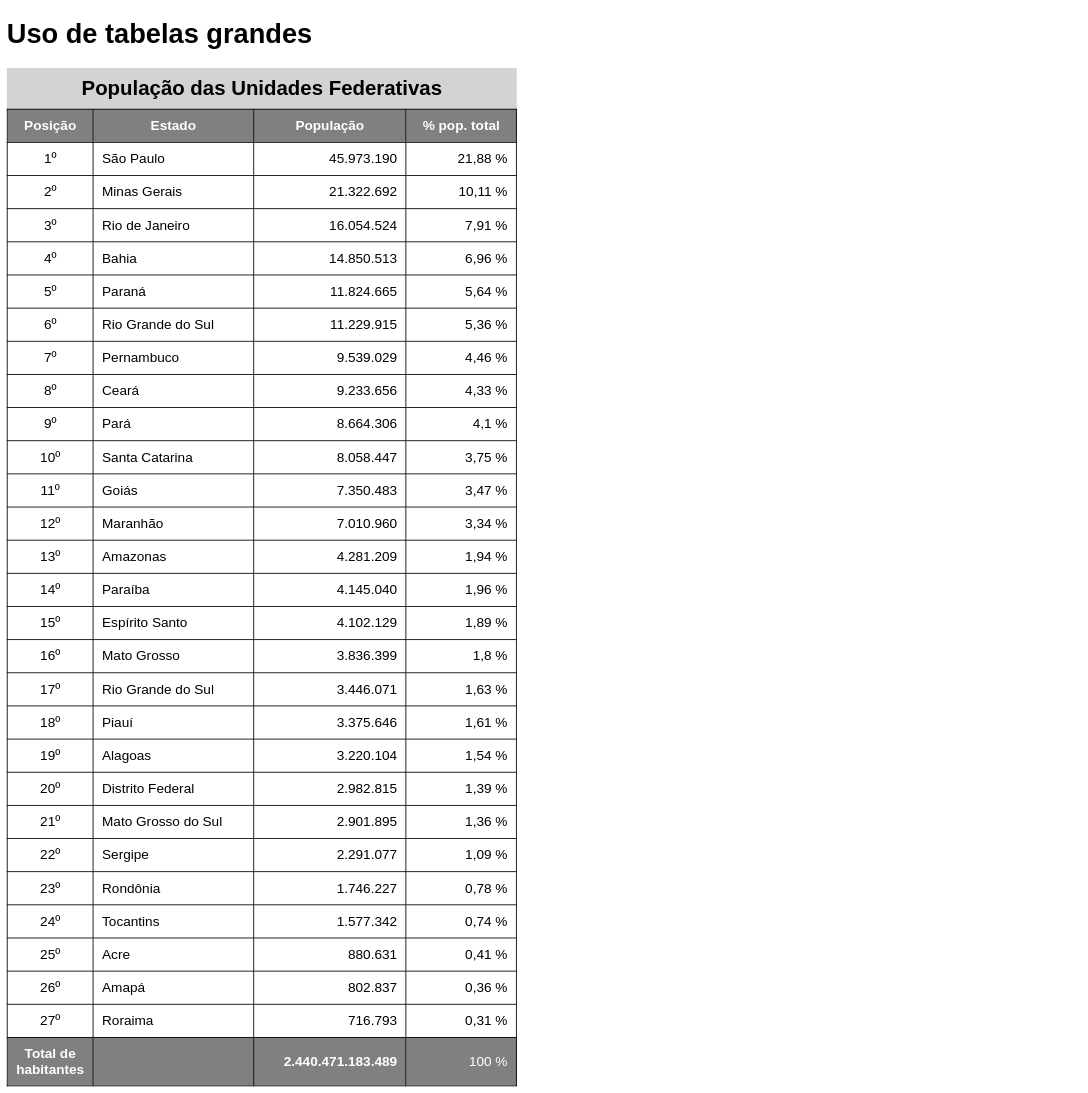
Repository: railsondev/html-css
Page: Módulo3/Exercicios/Ex02 - Tabelas/tabela002.html
The author's editor kept a copy of each file at every save. The page is drawn from the files as they stood at one save, then again after the next save.
The browser window is 1280 px wide. The pictures show the whole page, at 85% of full size.

Above is the page before, as saved 2024-10-19 19:35:32.

### Módulo3/Exercicios/Ex02 - Tabelas/tabela002.html
<!DOCTYPE html>
<html lang="pt-br">
<head>
  <meta charset="UTF-8">
  <meta name="viewport" content="width=device-width, initial-scale=1.0">
  <title>Tabelas grandes</title>
  <link rel="stylesheet" href="src/css/estilo01.css">
</head>
<body>
  <h1>Uso de tabelas grandes</h1>
  <table>
    <caption>População das Unidades Federativas</caption>
    <thead>
      <tr>
        <th scope="col">Posição</th>
        <th scope="col">Estado</th>
        <th scope="col">População</th>
        <th scope="col">% pop. total</th>
      </tr>
    </thead>
    <tbody>
      <tr>
        <td class="pos">1</td>
        <td>São Paulo</td>
        <td class="numero">45.973.190</td>
        <td class="porc">21,88</td>
      </tr>
      <tr>
        <td class="pos">2</td>
        <td>Minas Gerais</td>
        <td class="numero">21.322.692</td>
        <td class="porc">10,11</td>
      </tr>
      <tr>
        <td class="pos">3</td>
        <td>Rio de Janeiro</td>
        <td class="numero">16.054.524</td>
        <td class="porc">7,91</td>
      </tr>
      <tr>
        <td class="pos">4</td>
        <td>Bahia</td>
        <td class="numero">14.850.513</td>
        <td class="porc">6,96</td>
      </tr>
      <tr>
        <td class="pos">5</td>
        <td>Paraná</td>
        <td class="numero">11.824.665</td>
        <td class="porc">5,64</td>
      </tr>
      <tr>
        <td class="pos">6</td>
        <td>Rio Grande do Sul</td>
        <td class="numero">11.229.915</td>
        <td class="porc">5,36</td>
      </tr>
      <tr>
        <td class="pos">7</td>
        <td>Pernambuco</td>
        <td class="numero">9.539.029</td>
        <td class="porc">4,46</td>
      </tr>
      <tr>
        <td class="pos">8</td>
        <td>Ceará</td>
        <td class="numero">9.233.656</td>
        <td class="porc">4,33</td>
      </tr>
      <tr>
        <td class="pos">9</td>
        <td>Pará</td>
        <td class="numero">8.664.306</td>
        <td class="porc">4,1</td>
      </tr>
      <tr>
        <td class="pos">10</td>
        <td>Santa Catarina</td>
        <td class="numero">8.058.447</td>
        <td class="porc">3,75</td>
      </tr>
      <tr>
        <td class="pos">11</td>
        <td>Goiás</td>
        <td class="numero">7.350.483</td>
        <td class="porc">3,47</td>
      </tr>
      <tr>
        <td class="pos">12</td>
        <td>Maranhão</td>
        <td class="numero">7.010.960</td>
        <td class="porc">3,34</td>
      </tr>
      <tr>
        <td class="pos">13</td>
        <td>Amazonas</td>
        <td class="numero">4.281.209</td>
        <td class="porc">1,94</td>
      </tr>
      <tr>
        <td class="pos">14</td>
        <td>Paraíba</td>
        <td class="numero">4.145.040</td>
        <td class="porc">1,96</td>
      </tr>
      <tr>
        <td class="pos">15</td>
        <td>Espírito Santo</td>
        <td class="numero">4.102.129</td>
        <td class="porc">1,89</td>
      </tr>
      <tr>
        <td class="pos">16</td>
        <td>Mato Grosso</td>
        <td class="numero">3.836.399</td>
        <td class="porc">1,8</td>
      </tr>
      <tr>
        <td class="pos">17</td>
        <td>Rio Grande do Sul</td>
        <td class="numero">3.446.071</td>
        <td class="porc">1,63</td>
      </tr>
      <tr>
        <td class="pos">18</td>
        <td>Piauí</td>
        <td class="numero">3.375.646</td>
        <td class="porc">1,61</td>
      </tr>
      <tr>
        <td class="pos">19</td>
        <td>Alagoas</td>
        <td class="numero">3.220.104</td>
        <td class="porc">1,54</td>
      </tr>
      <tr>
        <td class="pos">20</td>
        <td>Distrito Federal</td>
        <td class="numero">2.982.815</td>
        <td class="porc">1,39</td>
      </tr>
      <tr>
        <td class="pos">21</td>
        <td>Mato Grosso do Sul</td>
        <td class="numero">2.901.895</td>
        <td class="porc">1,36</td>
      </tr>
      <tr>
        <td class="pos">22</td>
        <td>Sergipe</td>
        <td class="numero">2.291.077</td>
        <td class="porc">1,09</td>
      </tr>
      <tr>
        <td class="pos">23</td>
        <td>Rondônia</td>
        <td class="numero">1.746.227</td>
        <td class="porc">0,78</td>
      </tr>
      <tr>
        <td class="pos">24</td>
        <td>Tocantins</td>
        <td class="numero">1.577.342</td>
        <td class="porc">0,74</td>
      </tr>
      <tr>
        <td class="pos">25</td>
        <td>Acre</td>
        <td class="numero">880.631</td>
        <td class="porc">0,41</td>
      </tr>
      <tr>
        <td class="pos">26</td>
        <td>Amapá</td>
        <td class="numero">802.837</td>
        <td class="porc">0,36</td>
      </tr>
      <tr>
        <td class="pos">27</td>
        <td>Roraima</td>
        <td class="numero">716.793</td>
        <td class="porc">0,31</td>
      </tr>
    <tfoot>
      <tr>
        <th scope="row">Total de habitantes</th>
        <td></td>
        <td class="numero"><strong>2.440.471.183.489</strong></td>
        <td class="porc">100</td>
      </tr>
    </tfoot>
  </table>
</body>
</html>

### Módulo3/Exercicios/Ex02 - Tabelas/src/css/estilo01.css
@charset 'UTF-8';

body {
  font-family: Arial, Helvetica, sans-serif;
}
tbody tr:nth-child(2en) {
  background-color: lightgray;
}

caption {
  font-size: 1.5em;
  font-weight: bold;
  padding: 10px;
  background-color: lightgray;
}

table {
  width: 600px;
  border-collapse: collapse;
}
td, th {
  border: 1px solid black;
  padding: 10px;
}

thead, tfoot {
  background-color: gray;
  color: white;
}
strong {
  font-weight: bolder;
}

.porc::after {
  content: ' %';
}
.numero, .porc {
  text-align: right;
}

.pos {
  text-align: center;
  width: 20px;
}
.pos::after {
  content: 'º';
}

After the next save:
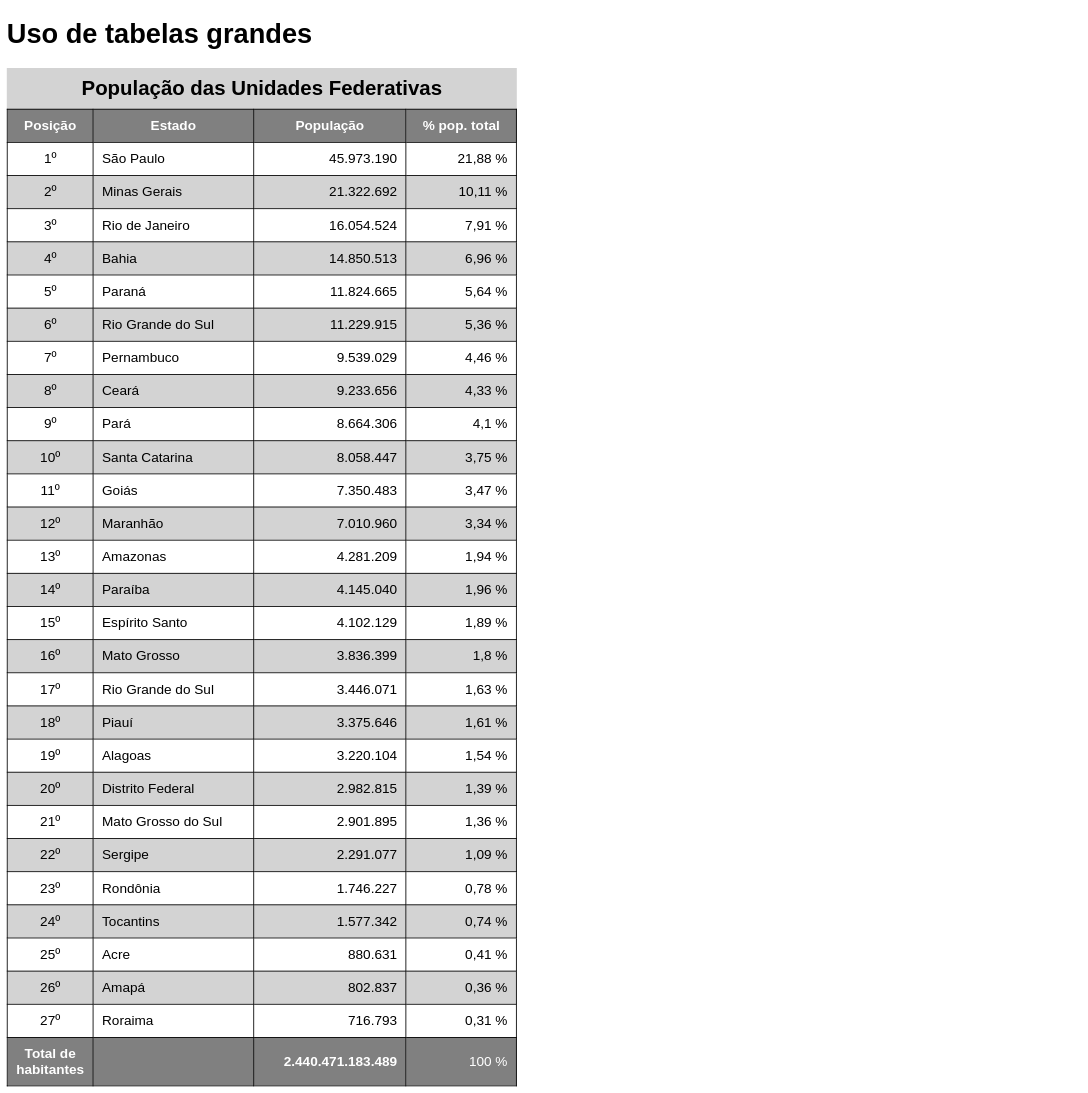
Saved 9 s later.
--- a/Módulo3/Exercicios/Ex02 - Tabelas/src/css/estilo01.css
+++ b/Módulo3/Exercicios/Ex02 - Tabelas/src/css/estilo01.css
@@ -3,7 +3,7 @@
 body {
   font-family: Arial, Helvetica, sans-serif;
 }
-tbody tr:nth-child(2en) {
+tbody tr:nth-child(2n) {
   background-color: lightgray;
 }
 
